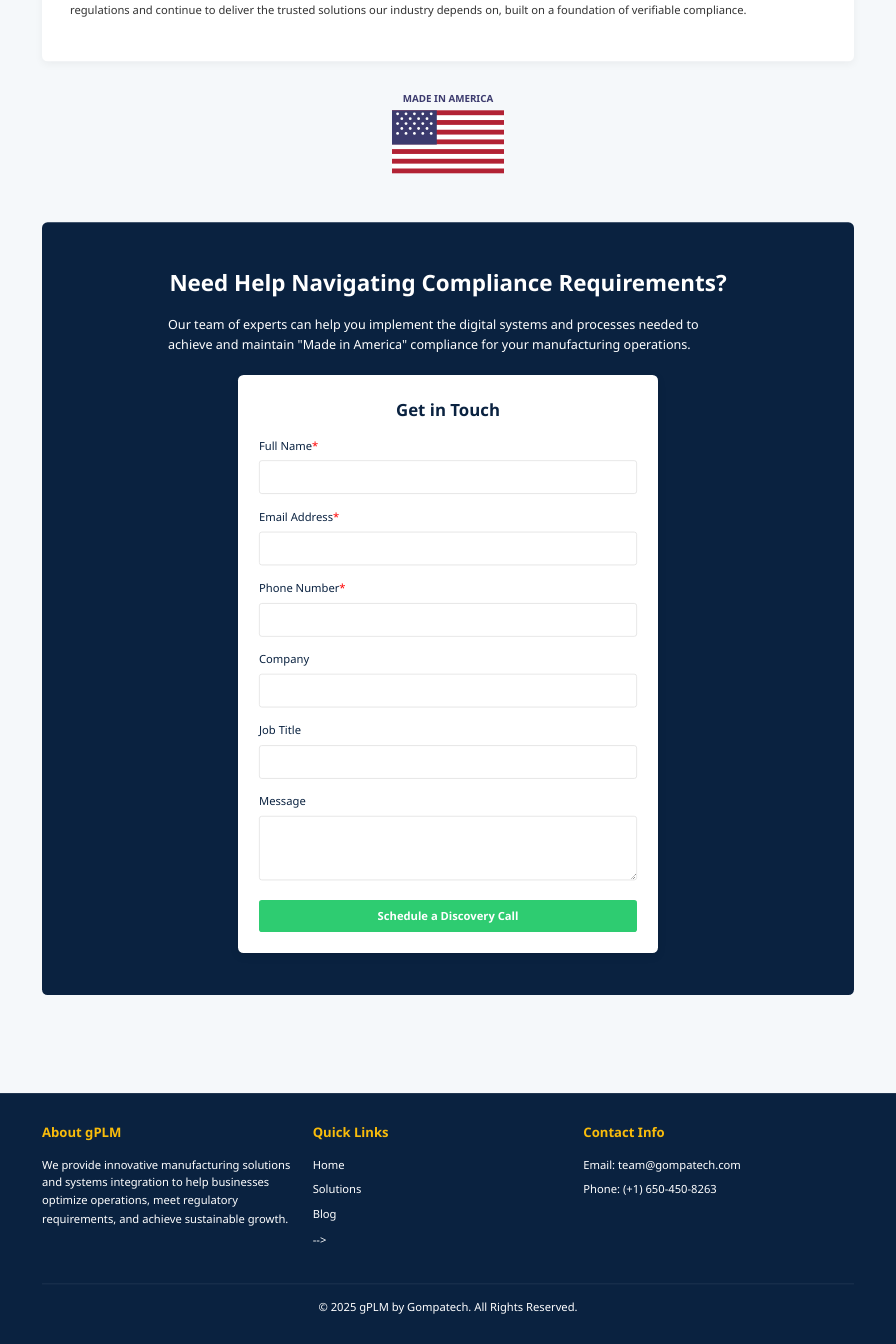
Repository: gompaBlogs/website
Page: mia.html
An editor plug-in stored every save of this project. The page is shown before and after the next save, followed by the edit.
The browser window is 1280 px wide. The pictures show the part of the page from y = 2462 to 4382 px (the page is 4382 px tall before and 4356 px after), at 70% of full size.

Above is the page before, as saved 2025-04-30 18:06:30.

After the next save:
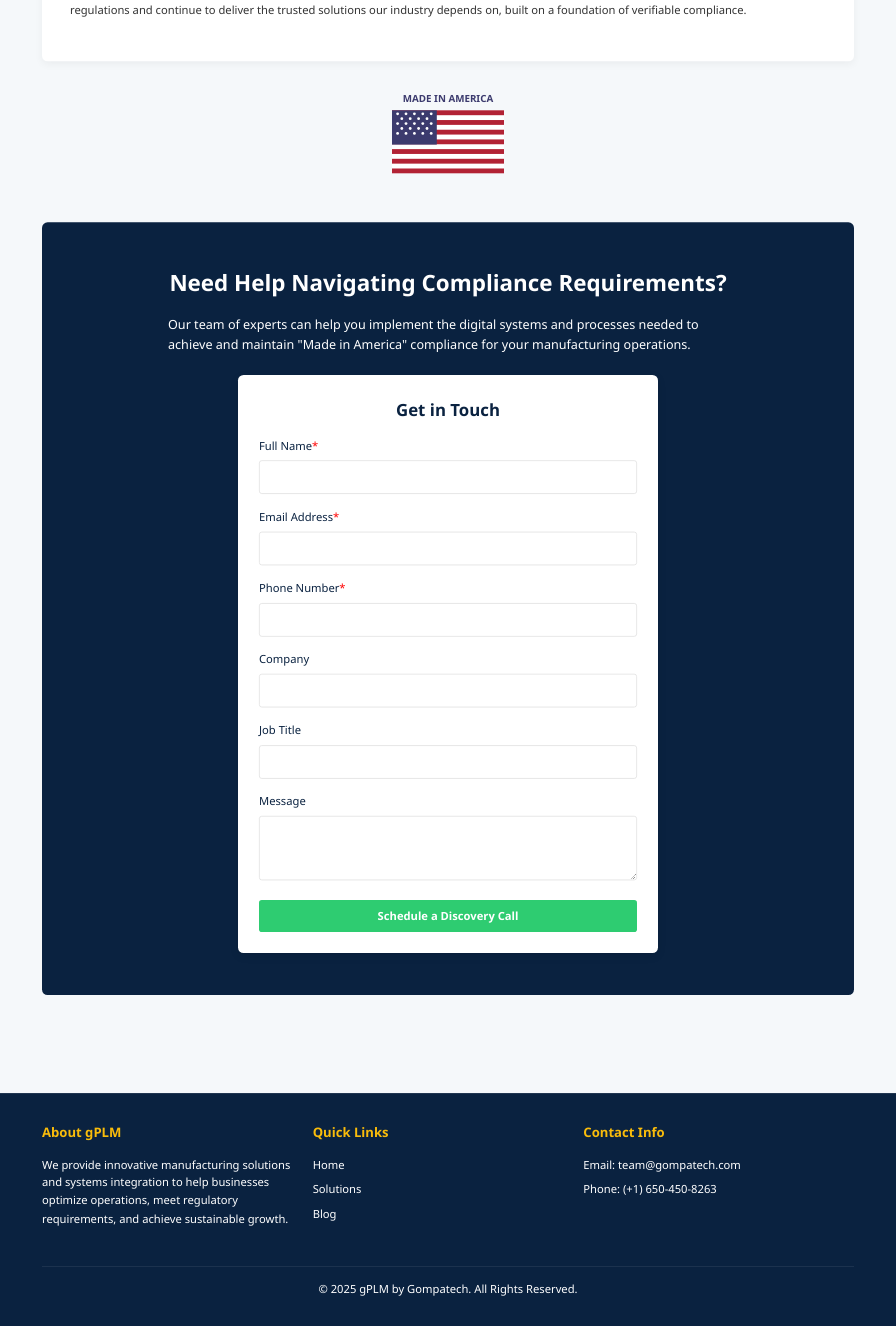
Saved 16 s later.
--- a/mia.html
+++ b/mia.html
@@ -585,7 +585,7 @@
                         <li><a href="#">Solutions</a></li>
                         <!-- <li><a href="#">Resources</a></li> -->
                         <li><a href="#">Blog</a></li>
-                        <!-- <li><a href="#">Contact</a></li> --> -->
+                        <!-- <li><a href="#">Contact</a></li> -->
                     </ul>
                 </div>
                 <div class="footer-section">
